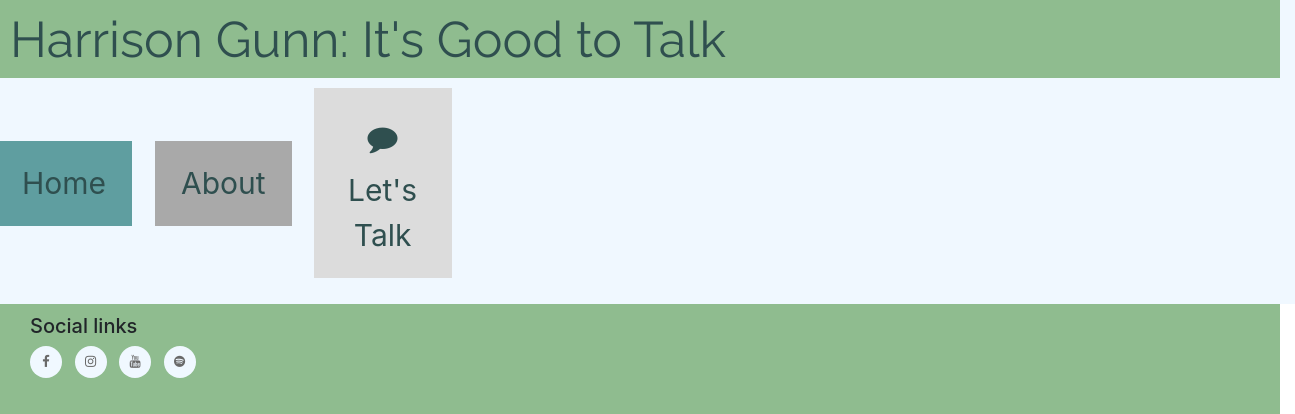
Repository: Leannald13/mile-stone-project-html
Page: contact.html
The author's editor kept a record of every edit. The page is drawn from the files as they stood at one moment, then again after the next edit.
The browser window is 1280 px wide. The page is 1295 px wide, so the pictures cover 1295 px, including what lies to the right of the window. The pictures show the part of the page from y = 500 to 1019 px (the page is 914 px tall before and 1019 px after).

Above is the page before.

After the next edit:
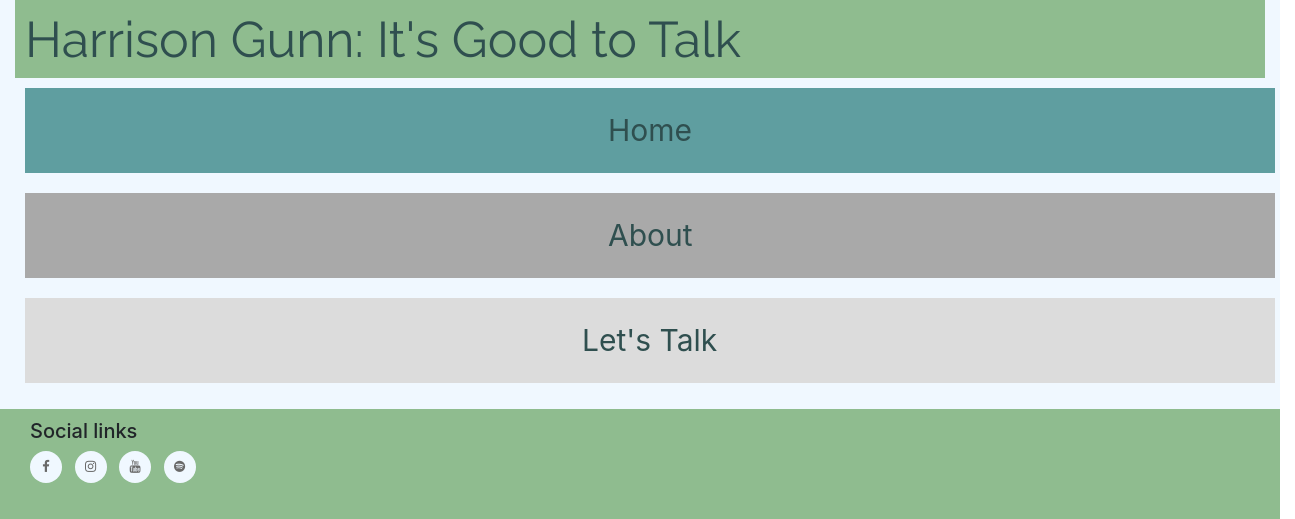
The edit:
--- a/contact.html
+++ b/contact.html
@@ -19,6 +19,7 @@
 
             </a>
         </div>
+            <div class="container-fluid">
         <div class="row">
             <div class="col-sm-12">
                 <div class="row no-gutters bg-color-name">
@@ -27,23 +28,23 @@
                     </div>
                 </div>
             </div>
+             <div class="container-fluid">
             <div class="row">
-                    <div class="col">
-                        <ul id="nav" class="list-inline menucontainer">
-                            <li class="col col-sm-3 ui-menu-color-home list-inline-item menuitem">
-                                <a href="index.html" class="hvr-wobble-horizontal"><span>Home</span></a>
-                            </li>
-                            <li class="col col-sm-3 ui-menu-color-general list-inline-item menuitem">
-                                <a href="general.html" class="hvr-wobble-horizontal"><span>About</span></a>
-                            </li>
-                            <li class="col col-sm-3 ui-menu-color-contact list-inline-item menuitem">
-                                <a href="contact.html" class="hvr-wobble-horizontal"><i class="fa fa-comment" aria-hidden="true"></i><span>Let's Talk</span></a>
-                            </li>
-                        </ul>
-                    </div>
+                <div class="col-12">
+                    <ul id="nav" class="list-inline menucontainer">
+                        <li class="col col-sm-12 ui-menu-color-home list-inline-item menuitem">
+                            <a href="index.html" class="hvr-wobble-horizontal"><span>Home</span></a>
+                        </li>
+                        <li class="col col-sm-12 ui-menu-color-general list-inline-item menuitem">
+                            <a href="general.html" class="hvr-wobble-horizontal"><span>About</span></a>
+                        </li>
+                        <li class="col col-sm-12 ui-menu-color-contact list-inline-item menuitem">
+                            <a href="contact.html" class="hvr-wobble-horizontal"><span>Let's Talk</span></a>
+                        </li>
+                    </ul>
+                </div>
                 </div>
             </div>
-        </div>
     </header>
     <section>
 
